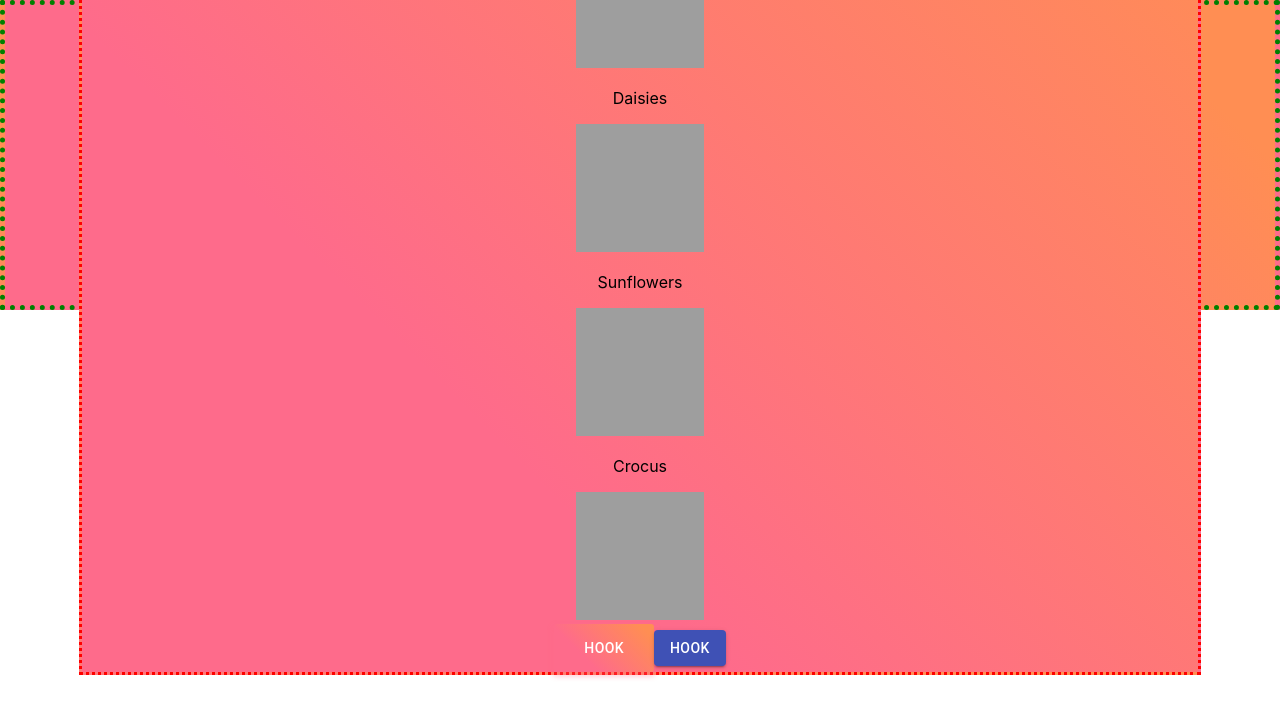
Repository: DevLuDaley/react-flower-shop
Page: /
An editor plug-in stored every save of this project. The page is shown before and after a run of saves, followed by the edit.
The browser window is 1280 px wide. The pictures show the whole page.
Pictures or frames that could not be fetched are drawn as grey boxes. The project was rebuilt for these pictures with package versions that can differ from the ones it lists, and the page was loaded fresh each time.

Above is the page before, as saved 2021-02-19 21:50:45.

### src/App.js
// import './App.css';
import Grid from '@material-ui/core/Grid';
import Container from '@material-ui/core/Container';
import { makeStyles } from '@material-ui/core/styles';

// // or
// import { Grid } from '@material-ui/core';
//  import FlowerGallery from './components/FlowerGallery'
 import FlowersContainer from './Containers/FlowersContainer'


const useStyles = makeStyles({
  root: {
    background: 'linear-gradient(45deg, #FE6B8B 30%, #FF8E53 90%)',
    display: 'flex',
    justifyContent: 'center',
    alignItems: 'center',
    textAlign: 'center',
    height: '200px',
    border: '5px dotted green',
    padding: '50px'
  },
});

function App() {
  const classes = useStyles();
  return (
    <Grid className={classes.root}>
      <Container>
      <FlowersContainer/>
        {/* <FlowerGallery/> */}
      </Container>
    </Grid>
  );
}

export default App;

### src/Containers/FlowersContainer.js
import React from 'react';
import Grid from '@material-ui/core/Grid';
import Container from '@material-ui/core/Container';
import { makeStyles } from '@material-ui/core/styles';


import FlowerGallery from '../components/FlowerGallery'


const useStyles = makeStyles({
  root: {
    background: 'linear-gradient(45deg, #FE6B8B 30%, #FF8E53 90%)',
    // border: 0,
    // borderRadius: 3,
    // boxShadow: '0 3px 5px 2px rgba(255, 105, 135, .3)',
    // color: 'white',
    // height: "auto",
    // padding: '0 30px',
    // display: 'flex',
    justifyContent: 'center',
    alignItems: 'center',
    textAlign: 'center',
    // height: '200px',
    border: '3px dotted red'
  },
});


const FlowersContainer = () => {
    const classes = useStyles();
    return (

        <Grid>
            <Container className={classes.root}>
                <FlowerGallery/>
            </Container>
        </Grid>


     );
}

export default FlowersContainer;

### src/components/FlowerGallery.js
import React from 'react';
import { makeStyles } from '@material-ui/core/styles';

// import FlowerGalleryStyles from './FlowerGalleryStyles'
// import Button from materialmaterial
import Button from '@material-ui/core/Button';
import Container from '@material-ui/core/Container';

const useStyles = makeStyles({
  root: {
    background: 'linear-gradient(45deg, #FE6B8B 30%, #FF8E53 90%)',
    border: 0,
    borderRadius: 3,
    boxShadow: '0 3px 5px 2px rgba(255, 105, 135, .3)',
    color: 'white',
    height: '48px',
    padding: '0 30px',
  },
});

const FlowerGallery = () => {
      const classes = useStyles();
    // const classes = FlowerGalleryStyles()

const flowerList = [
  {id: 1, name: 'Red Roses', imageUrl: 'https://images.unsplash.com/photo-1548094967-e25a127d1f6d?ixid=MXwxMjA3fDB8MHxwaG90by1wYWdlfHx8fGVufDB8fHw%3D&ixlib=rb-1.2.1&auto=format&fit=crop&w=1137&q=80' , rating: 5},
  {id: 2, name: 'Tulips', imageUrl: 'https://images.unsplash.com/photo-1610444028097-40d9858bb44f?ixid=MXwxMjA3fDB8MHxwaG90by1wYWdlfHx8fGVufDB8fHw%3D&ixlib=rb-1.2.1&auto=format&fit=crop&w=1234&q=80', rating: 4},
  {id: 3, name: 'Daisies', imageUrl: 'https://images.unsplash.com/photo-1607061868914-e38515be98cb?ixid=MXwxMjA3fDB8MHxwaG90by1wYWdlfHx8fGVufDB8fHw%3D&ixlib=rb-1.2.1&auto=format&fit=crop&w=1091&q=80', rating: 4},
  {id: 4, name: 'Sunflowers', imageUrl: 'https://images.unsplash.com/photo-1598459832065-1e43b2283799?ixid=MXwxMjA3fDB8MHxzZWFyY2h8Nnx8c3VuZmxvd2VyJTIwYm9xdWV0fGVufDB8fDB8&ixlib=rb-1.2.1&auto=format&fit=crop&w=1200&q=60', rating: 5},
  {id: 5, name: 'Crocus', imageUrl: 'public/images/red-roses-bhttps://images.unsplash.com/photo-1488979246948-f4b573b1fae8?ixid=MXwxMjA3fDB8MHxzZWFyY2h8NXx8Y3JvY3VzfGVufDB8fDB8&ixlib=rb-1.2.1&auto=format&fit=crop&w=1200&q=60', rating: 5}

]

    return (
        <Container>
        <h1>This is a flower Gallery</h1>
        <section className="flower-cards">
        {flowerList ? flowerList.map(flower =>
          <div>
              <p>{flower.name}</p>
              <img src={flower.imageUrl} alt='photo of red roses' style={{width:"128px", height: "128px"}}></img>
          </div>
        )
        : <p className="no-data-message"> No Flowers Yet</p>
        }


        </section>
        <Button className={classes.root}>Hook</Button>
        <Button variant="contained" color="primary">Hook</Button>
      </Container>
      );
}

export default FlowerGallery;
// FlowerGalleryStyles

Loaded but not shown: public/index.html (common file); src/index.js (common file); src/index.css (common file); src/reportWebVitals.js (common file)

After the next 3 saves:
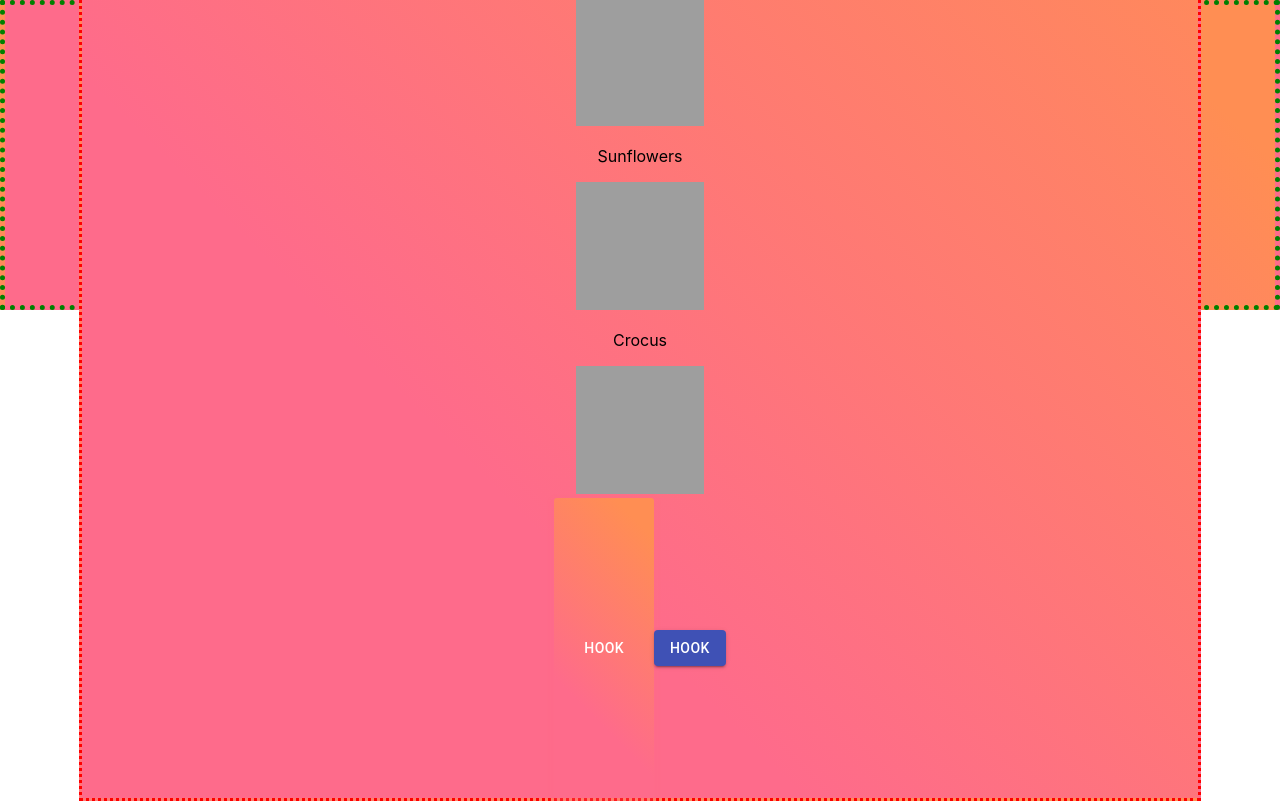
The 3 saves are shown as one change because they came seconds apart.
The last was saved 11 s later.
--- a/src/components/FlowerGallery.js
+++ b/src/components/FlowerGallery.js
@@ -13,7 +13,7 @@ const useStyles = makeStyles({
     borderRadius: 3,
     boxShadow: '0 3px 5px 2px rgba(255, 105, 135, .3)',
     color: 'white',
-    height: '48px',
+    height: '300px',
     padding: '0 30px',
   },
 });
